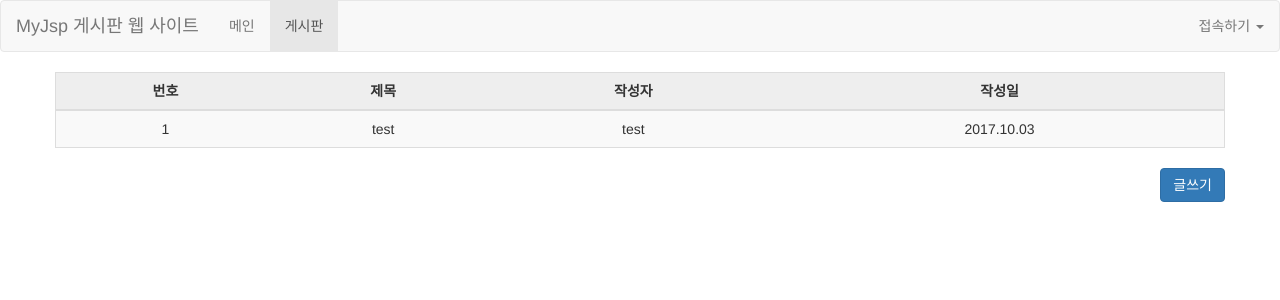
Repository: Ji3un/JspBoard
Page: http://localhost/BBS/bbs.jsp
An editor plug-in stored every save of this project. The page is shown before and after the next save, followed by the edit.
The browser window is 1280 px wide. The pictures show the whole page.
Some web libraries are served in a nearby version. The page is served by Tomcat 9. Queries for data that is not in the repository find no rows.

Above is the page before, as saved 2017-10-03 14:15:29.

After the next save:
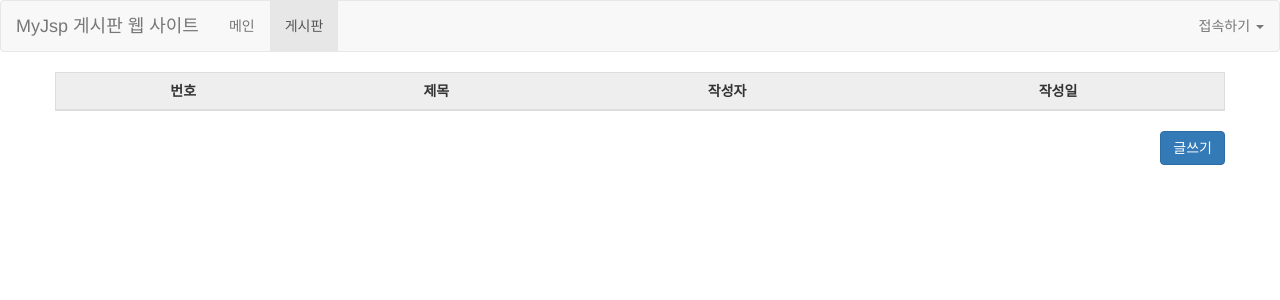
Saved 11 min 54 s later.
--- a/BBS/WebContent/bbs.jsp
+++ b/BBS/WebContent/bbs.jsp
@@ -19,6 +19,9 @@
 			userID = (String) session.getAttribute("userID");
 		}
 		int pageNumber = 1;
+		if(request.getParameter("pageNumber") != null){
+			pageNumber = Integer.parseInt(request.getParameter("pageNumber"));
+		}
 	%>
 	<nav class="navbar navbar-default">
 		<div class="navbar-header">
@@ -78,12 +81,21 @@
 					</tr>
 				</thead>
 				<tbody>
+					<%
+						BbsDAO bbsdao = new BbsDAO();
+						ArrayList<Bbs> list  = bbsdao.getList(pageNumber);
+						for(int i = 0; i < list.size(); i++) {
+					%>
 					<tr>
-						<td>1</td>
-						<td>test</td>
-						<td>test</td>
-						<td>2017.10.03</td>
+						<td><%= list.get(i).getBbsID() %></td>
+						<td><a href="view.jsp?bbsID=<%= list.get(i).getBbsID() %>"><%= list.get(i).getBbsTitle() %></a></td>
+						<td><%= list.get(i).getUserID() %></td>
+						<td><%= list.get(i).getBbsDate().substring(0, 11) + list.get(i).getBbsDate().substring(11, 13) + "시" + list.get(i).getBbsDate().substring(14, 16) + "분" %></td>
 					</tr>
+					<%
+						}
+					%>
+
 				</tbody>
 			</table>
 			<a href="write.jsp" class="btn btn-primary pull-right">글쓰기</a>
